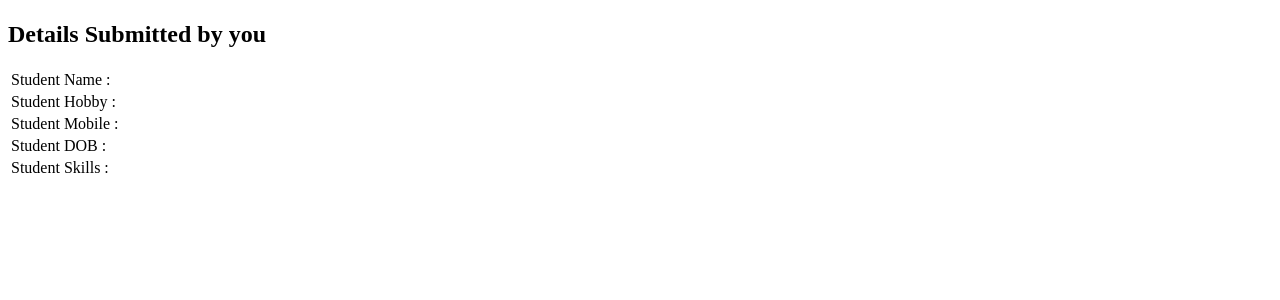
Repository: anujsachan89/Spring-MVC
Page: http://localhost/SpringMVC10/WEB-INF/jsp/AdmissionSuccess.jsp
An editor plug-in stored every save of this project. The page is shown before and after the next save, followed by the edit.
The browser window is 1280 px wide. The pictures show the whole page.
The page is served by Tomcat 9. Nobody is signed in. Other server files are loaded and not shown. The template is opened directly, without the code that normally fills it, so the values that code supplies are empty.

Above is the page before, as saved 2017-02-04 07:14:59.

### Spring-MVC workspace/SpringMVC10/src/main/webapp/WEB-INF/jsp/AdmissionSuccess.jsp
<%@ page language="java" contentType="text/html; charset=UTF-8"
	pageEncoding="UTF-8"%>
<!DOCTYPE html PUBLIC "-//W3C//DTD HTML 4.01 Transitional//EN" "http://www.w3.org/TR/html4/loose.dtd">
<html>
<head>
<meta http-equiv="Content-Type" content="text/html; charset=UTF-8">
<title>Insert title here</title>
</head>
<body>
	<h1>${headerMessage}</h1>

	<h2>Details Submitted by you</h2>
	<table>
		<tr>
			<td>Student Name :</td>
			<td>${student1.studentName}</td>
		</tr>
		<tr>
			<td>Student Hobby :</td>
			<td>${student1.studentHobby}</td>
		</tr>
		<tr>
			<td>Student Mobile :</td>
			<td>${student1.studentMobile}</td>
		</tr>
		<tr>
			<td>Student DOB :</td>
			<td>${student1.studentDOB}</td>
		</tr>
		<tr>
			<td>Student Skills :</td>
			<td>${student1.studentSkills}</td>
		</tr>
	</table>
</body>
</html>

After the next save:
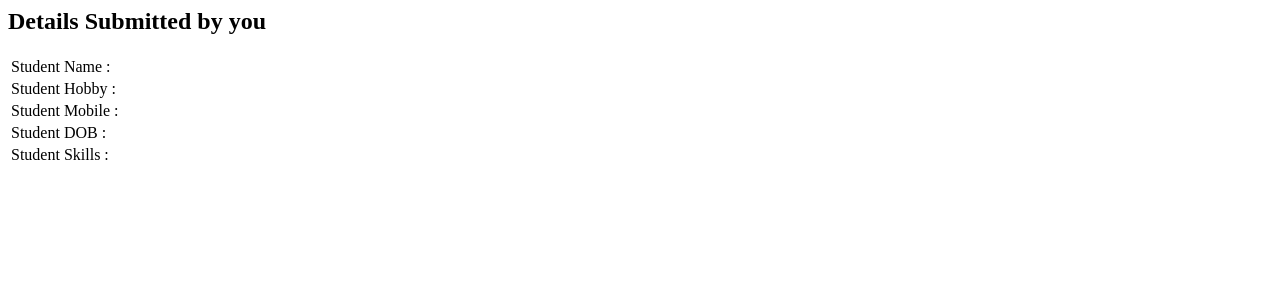
Saved 2 min 13 s later.
--- a/Spring-MVC workspace/SpringMVC10/src/main/webapp/WEB-INF/jsp/AdmissionSuccess.jsp
+++ b/Spring-MVC workspace/SpringMVC10/src/main/webapp/WEB-INF/jsp/AdmissionSuccess.jsp
@@ -1,10 +1,3 @@
-<%@ page language="java" contentType="text/html; charset=UTF-8"
-	pageEncoding="UTF-8"%>
-<!DOCTYPE html PUBLIC "-//W3C//DTD HTML 4.01 Transitional//EN" "http://www.w3.org/TR/html4/loose.dtd">
-<html>
-<head>
-<meta http-equiv="Content-Type" content="text/html; charset=UTF-8">
-<title>Insert title here</title>
 </head>
 <body>
 	<h1>${headerMessage}</h1>
